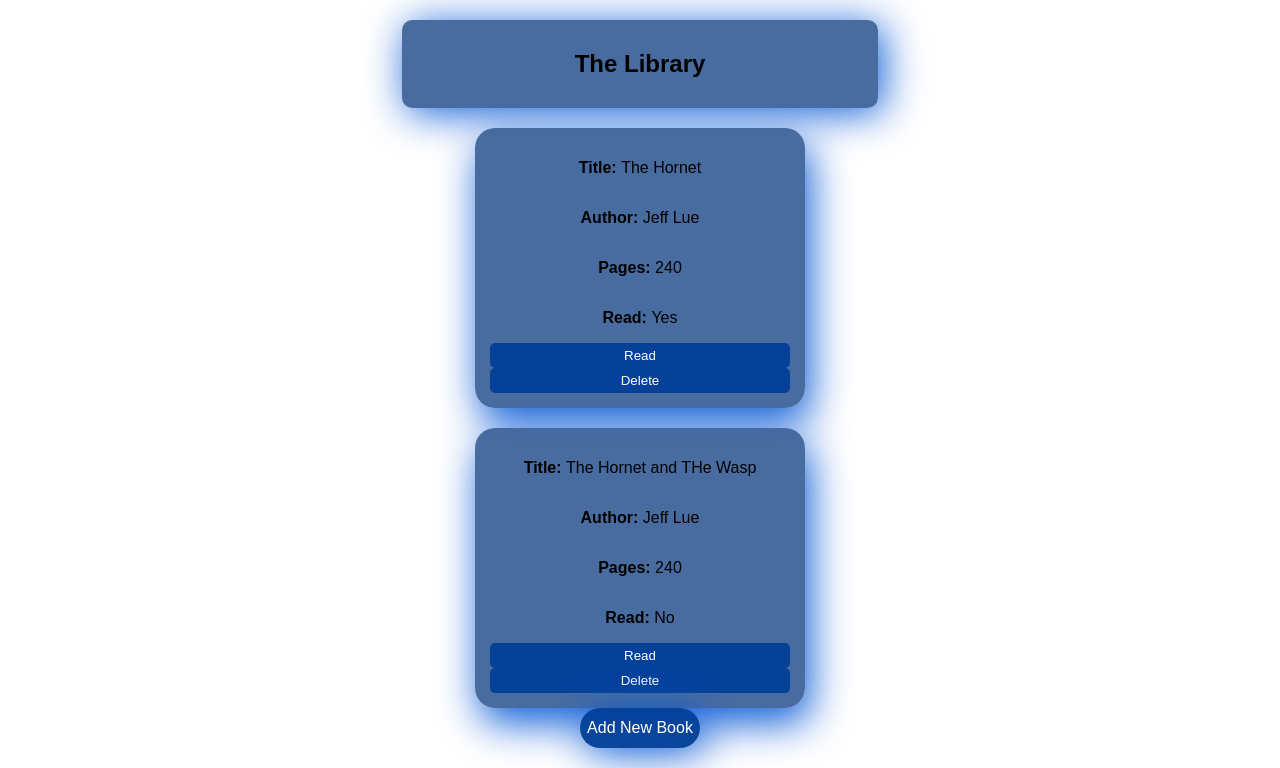
Repository: ErvinClay13/Library
Page: index.html
An editor plug-in stored every save of this project. The page is shown before and after the next save, followed by the edit.
The browser window is 1280 px wide. The pictures show the whole page.

Above is the page before, as saved 2025-01-11 04:52:08.

### index.html
<!DOCTYPE html>
<html lang="en">
<head>
    <meta charset="UTF-8">
    <meta name="viewport" content="width=device-width, initial-scale=1.0">
    <link rel="stylesheet" href="style.css">
    <link
      rel="icon"
      type="image/png"
      sizes="32x32"
      href="images/myLogo.png"
    />
    <title>The Library</title>
</head>
<body>
    <div class="container">
        <div class="heading">
            <h2>The Library</h2>
        </div>

            <div class="content" id="content"></div>

            <dialog id="myDialog">
                <div class="input">
                <form method="dialog" id="form">
                    <label for="title">Title</label>
                    <input type="text"
                           id="title"
                           name="title"
                           required>

                    <label for="author">Author</label>
                    <input type="text"
                           id="author"
                           name="author"
                           required>

                    <label for="pages">Pages</label>
                    <input type="number"
                           id="pages"
                           name="pages"
                           required>

                    <label for="read">Read</label>
                    <input type="checkbox"
                           name="read"
                           id="isRead">

                    <button type="submit" id="submit">Submit</button>
                    <div class="cancel" id="cancel">Cancel</div>


                </form>
            </div>
        </dialog>
        <footer><button id="addBook">Add New Book</button></footer>
    </div>

    <script src="script.js"></script>
</body>
</html>

### style.css
body {
    display: flex;
    justify-content: center;
    align-items: center;
    flex-direction: column;
    background-color: white;
    margin: 0;
    font-family: Arial, sans-serif;
}

.container {
    display: flex;
    flex-direction: column;
    align-items: center;
    padding: 20px;
}

.heading {
    display: flex;
    justify-content: space-between;
    justify-content: center;
    background-color: #42669df5;
    box-shadow: 5px 5px 40px #0055d4f5;
    width: 100%;
    max-width: 800px;
    padding: 10px 20px;
    border-radius: 10px;
    margin-bottom: 20px;
}

#addBook {
    background-color: #03409af5;
    box-shadow: 5px 5px 40px #0055d4f5;
    height: 40px;
    width: 120px;
    border-radius: 20px;
    border: none;
    font-size: 16px;
    color: white;
    cursor: pointer;
}

#addBook:hover {
    transform: scale(1.1);
    box-shadow: 2px 5px 40px #7800d4f5;
}

#content {
    display: flex;
    flex-wrap: wrap;
    gap: 20px;
    justify-content: center;
    width: 100%;
}

.card {
    display: flex;
    flex-direction: column;
    justify-content: space-between;
    text-align: center;
    border-radius: 20px;
    padding: 15px;
    background-color: #42669df5;
    width: 100%;
    max-width: 300px;
    box-shadow: 5px 15px 40px #0055d4f5;
}

.card-details {
    margin-bottom: 10px;
}

.card-buttons {
    display: flex;
    justify-content: space-between;
    gap: 10px;
}

.read, .delete {
    flex: 1;
    padding: 5px 10px;
    border: none;
    border-radius: 5px;
    color: white;
    background-color: #03409af5;
    cursor: pointer;
}

.read:hover, .delete:hover {
    background-color: #254a81f5;
}

.read:active, .delete:active {
    background-color: #42669df5;
}

dialog {
    background-color: #fefefe;
    padding: 20px;
    border: none;
    border-radius: 10px;
    box-shadow: 0px 5px 15px rgba(0, 0, 0, 0.5);
}

form {
    display: flex;
    flex-direction: column;
    gap: 10px;
}

input[type="text"], input[type="number"] {
    padding: 5px;
    border-radius: 5px;
    border: 1px solid #ccc;
}

button {
    cursor: pointer;
}

/* Responsive Styles */
@media (max-width: 768px) {
    .heading {
        flex-direction: column;
        align-items: center;
    }

    #content {
        gap: 15px;
    }

    .card {
        max-width: 100%;
    }
}

### script.js
const dialog = document.getElementById('myDialog');
const form = document.getElementById('form');
const content = document.getElementById('content');
const submit = document.getElementById('submit');
const addBook = document.getElementById('addBook');
const cancel = document.getElementById('cancel');

const myLibrary = [];

const theHornet = new Book('The Hornet', 'Jeff Lue', 240, true);
const theHornetAndTheWasp = new Book('The Hornet and THe Wasp', 'Jeff Lue', 240, false);

myLibrary.push(theHornet);
myLibrary.push(theHornetAndTheWasp);


function Book(title, author, pages, read) {
    this.title = title;
    this.author = author;
    this.pages = pages;
    this.read = read;
}

Book.prototype.info = function() {
    return `${this.title} ${this.author} ${this.pages} ${this.read}`;
}


Book.prototype.toggleRead = function() {
    this.read = !this.read;
}



addBook.addEventListener("click", () => {
    dialog.showModal();
});

cancel.addEventListener("click", () => {
    dialog.close();
});

submit.addEventListener("click", (event) => {
    event.preventDefault();

    const title = document.getElementById('title').value;
    const author = document.getElementById('author').value;
    const pages = document.getElementById('pages').value;
    const read = document.getElementById('isRead').checked;

    const newBook = new Book(title, author, pages, read);
    myLibrary.push(newBook);

    form.reset();
    showBooks();
    dialog.close();
});

function showBooks() {

    content.innerHTML = '';

    myLibrary.forEach((book, index) => {                   //going through the array myLibrary
        const card = document.createElement('div');        //creating a new card for each book created through the modal
        card.classList.add('card');                        //adding card to the class

        card.innerHTML =                                      //creating the text that will be displayed on the card
            `<p><strong>Title: </strong>${book.title}</p>
             <p><strong>Author: </strong>${book.author}</p>
             <p><strong>Pages: </strong>${book.pages}</p>
             <p><strong>Read: </strong>${book.read ? 'Yes' : 'No'}</p>`;   //using the user input to create the new book on the card

        const deleteBtn = document.createElement('button');
        deleteBtn.classList.add('delete');
        deleteBtn.textContent = ('Delete');

        deleteBtn.addEventListener("click", () => {
            myLibrary.splice(index, 1);
            showBooks();
        });

        const read = document.createElement('button');
        read.classList.add('read');
        read.textContent = ('Read');

        read.addEventListener("click", () => {
            book.toggleRead();
            showBooks();
        });

        card.appendChild(read);
        card.appendChild(deleteBtn);
        content.appendChild(card);


    })
}

showBooks();

After the next save:
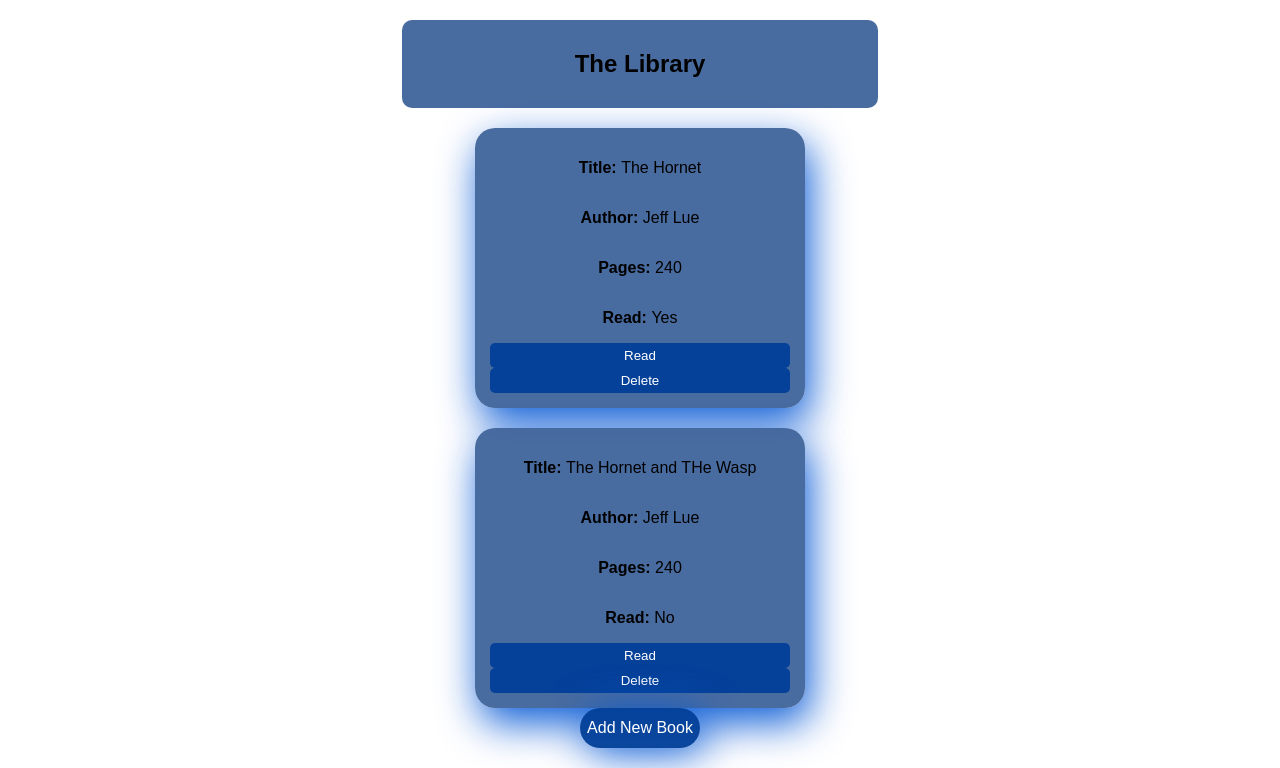
Saved 40 s later.
--- a/style.css
+++ b/style.css
@@ -20,7 +20,7 @@ body {
     justify-content: space-between;
     justify-content: center;
     background-color: #42669df5;
-    box-shadow: 5px 5px 40px #0055d4f5;
+    /* box-shadow: 5px 5px 40px #0055d4f5; */
     width: 100%;
     max-width: 800px;
     padding: 10px 20px;
